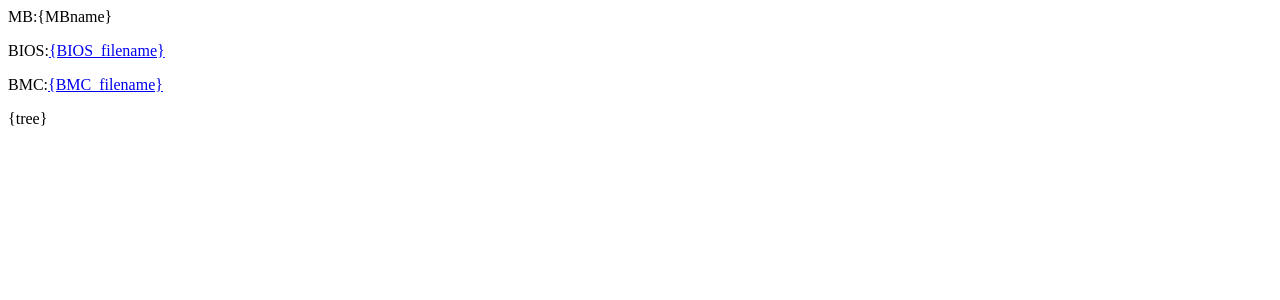
Repository: tttt1213/BIOSversion
Page: result.html
The author's editor kept a copy of each file at every save. The page is drawn from the files as they stood at one save, then again after a run of saves.
The browser window is 1280 px wide. The pictures show the whole page.

Above is the page before, as saved 2023-04-03 11:24:11.

After the next 2 saves:
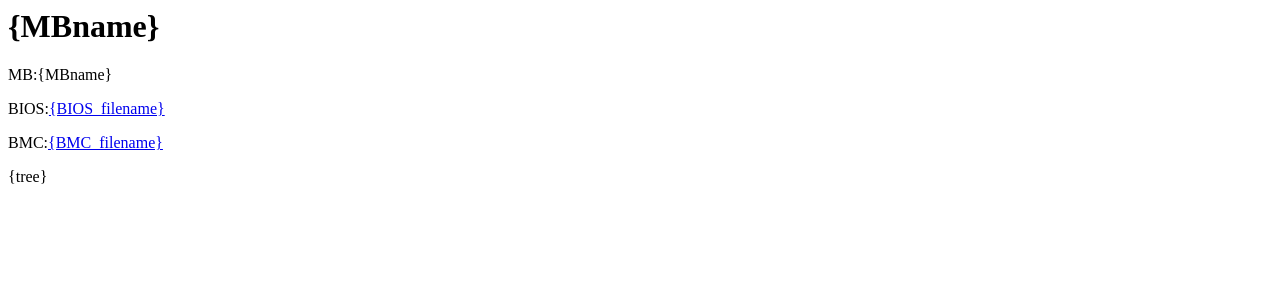
The 2 saves are shown as one change because they came seconds apart.
The last was saved 42 s later.
--- a/result.html
+++ b/result.html
@@ -1,6 +1,6 @@
 <html>
 <head>
-<title><h1>{MBname}</h1></title>
+<h1>{MBname}</h1>
 </head>
 <body>
 <header class="header">
